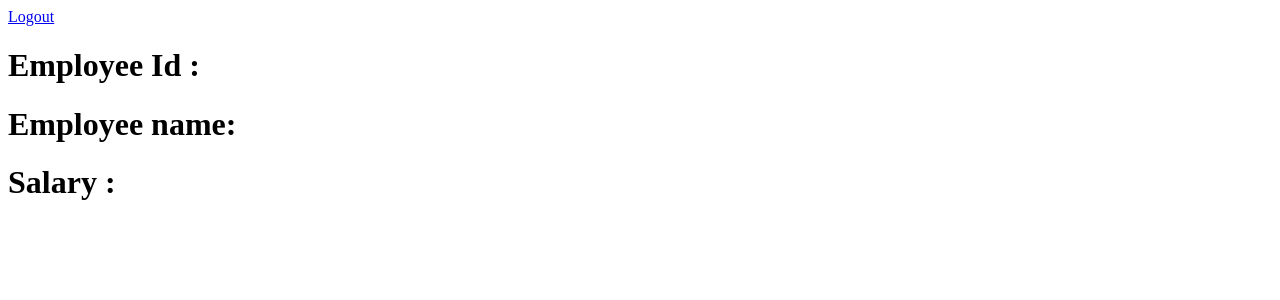
Repository: satyensingh/servlet-jsp-demos
Page: http://localhost/UseBeanTagWildCard/display.jsp
The author's editor kept a copy of each file at every save. The page is drawn from the files as they stood at one save, then again after a run of saves.
The browser window is 1280 px wide. The pictures show the whole page.
The page is served by Tomcat 9. Other server files are loaded and not shown.

Above is the page before, as saved 2018-02-03 13:52:07.

### Day12/UseBeanTagWildCard/WebContent/display.jsp

<%@ page import="com.training.model.pojo.Employee" %>

<!DOCTYPE html>
<html>
<head>
<meta http-equiv="Content-Type" content="text/html; charset=UTF-8">
<title>Insert title here</title>
</head>
<body>

<div><a href='#'>Logout</a></div>
<%--
<h1>Employee Id : ${ requestScope.employee.empId }</h1>
<h1>Employee name: ${ requestScope.employee.empName }</h1>
<h1>Salary : ${ requestScope.employee.salary }</h1>
 --%>
<h1>Employee Id : </h1>
<h1>Employee name: </h1>
<h1>Salary : </h1>



</body>
</html>

### Day12/UseBeanTagWildCard/src/com/training/model/pojo/Employee.java
package com.training.model.pojo;

public class Employee {
	private int empId;
	private String empName;
	private double salary;

	//for <jsp:useBean>
	public Employee() {
		// TODO Auto-generated constructor stub
		System.out.println("Object Created.........");
	}

	public Employee(int empId, String empName, double salary) {
		this.empId = empId;
		this.empName = empName;
		this.salary = salary;
	}

	public int getEmpId() {
		return empId;
	}
	public void setEmpId(int empId) {
		this.empId = empId;
	}
	public String getEmpName() {
		return empName;
	}
	public void setEmpName(String empName) {
		this.empName = empName;
	}
	public double getSalary() {
		return salary;
	}
	public void setSalary(double salary) {
		this.salary = salary;
	}

	@Override
	public String toString() {
		return "Employee [empId=" + empId + ", empName=" + empName + ", salary=" + salary + "]";
	}
}

After the next 2 saves:
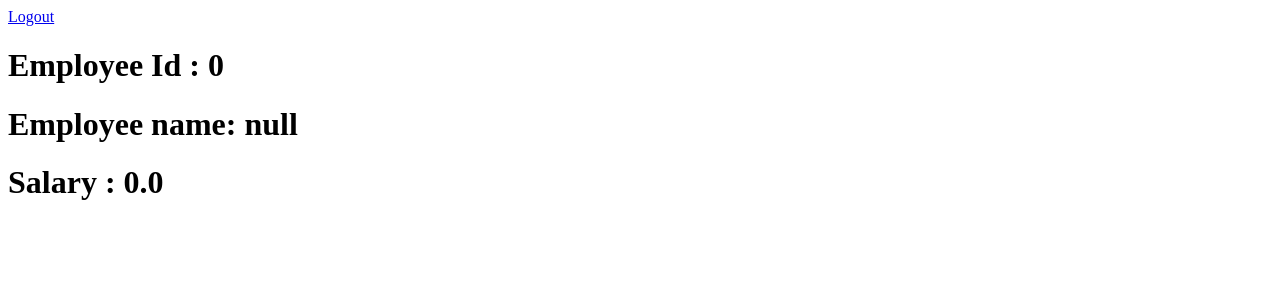
The 2 saves are shown as one change because 1 did not build or start.
The last was saved 59 s later.
--- a/Day12/UseBeanTagWildCard/WebContent/display.jsp
+++ b/Day12/UseBeanTagWildCard/WebContent/display.jsp
@@ -15,9 +15,12 @@
 <h1>Employee name: ${ requestScope.employee.empName }</h1>
 <h1>Salary : ${ requestScope.employee.salary }</h1>
  --%>
-<h1>Employee Id : </h1>
-<h1>Employee name: </h1>
-<h1>Salary : </h1>
+
+ <jsp:useBean id="employee" class="com.training.model.pojo.Employee"></jsp:useBean>
+
+<h1>Employee Id : <jsp:getProperty property="empId" name="employee"/></h1>
+<h1>Employee name: <jsp:getProperty property="empName" name="employee"/></h1>
+<h1>Salary : <jsp:getProperty property="salary" name="employee"/></h1>
 
 
 
